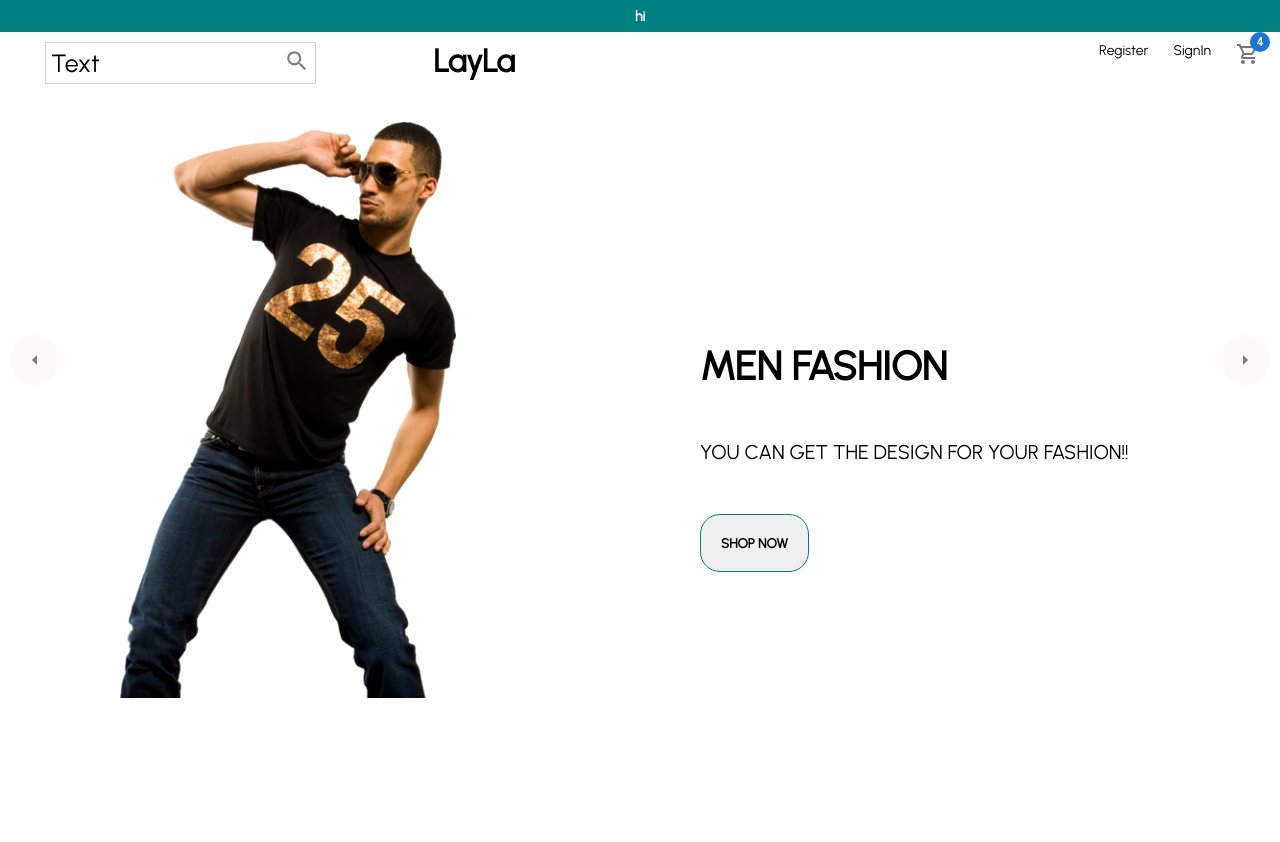
Repository: WaiMaungMaung/React_Ecom
Page: /
The author's editor kept a copy of each file at every save. The page is drawn from the files as they stood at one save, then again after the next save.
The browser window is 1280 px wide. The pictures show the whole page.
The project was rebuilt for these pictures with package versions that can differ from the ones it lists, and the page was loaded fresh each time.

Above is the page before, as saved 2022-05-06 13:47:57.

### public/index.html
<!DOCTYPE html>
<html lang="en">
  <head>
    <meta charset="utf-8" />
    <link rel="icon" href="%PUBLIC_URL%/favicon.ico" />

    <link
      href="https://fonts.googleapis.com/css2?family=Urbanist&display=swap"
      rel="stylesheet"
    />

    <style>
      * {
        margin: 0;
        font-family: "Urbanist", sans-serif;
      }
    </style>
    <title>React App</title>
  </head>
  <body>
    <noscript>You need to enable JavaScript to run this app.</noscript>
    <div id="root"></div>
  </body>
</html>

### src/pages/Home.jsx
import React from "react";
import Announcements from "../components/Announcements";
import NavBar from "../components/NavBar";
import Slider from "../components/Slider";
const Home = () => {
  return (
    <div>
      <Announcements />

      <NavBar />
      <Slider />
    </div>
  );
};

export default Home;

### src/components/Announcements.jsx
import styled from "@emotion/styled";
const Container = styled.div`
  background-color: teal;
  height: 32px;
  display: flex;
  align-items: center;
  justify-content: center;
  color: white;
  font-size: 14px;
  font-weight: bold;
`;

const Announcements = () => {
  return <Container>hi</Container>;
};

export default Announcements;

### src/components/NavBar.jsx
import { Search, ShoppingCartOutlined } from "@material-ui/icons";
import React from "react";
import styled from "styled-components";
import { Badge } from "@mui/material";
const Container = styled.div`
  height: 60px;
`;

const Wrapper = styled.div`
  padding: 10px 20px;
  align-item: center;
  display: flex;
  justify-content: space-between;
`;

const SearchContainer = styled.div`
  border: 0.5px solid lightgray;
  margin-left: 25px;
  display: flex;
  align-item: center;
  padding: 5px;
`;
const Input = styled.input`
  border: none;
  margin-left: 20px;
  font-size: 14px;
`;

const Language = styled.span`
  font-size: 25px;
  cursor: pointer;
`;
const Left = styled.div`
  flex: 1;
  display: flex;
`;

const Center = styled.div`
  flex: 1;
`;

const Logo = styled.h1`
  font-weight: bold;
`;

const MenuItem = styled.div`
  font-size: 14px;
  cursor: pointer;
  align-item: center;
  margin-left: 25px;
`;
const Right = styled.div`
  flex: 1;
  display: flex;
  align-item: center;
  justify-content: flex-end;
`;
const NavBar = () => {
  return (
    <Container>
      <Wrapper>
        <Left>
          <SearchContainer>
            <Language>Text</Language>
            <Input />
            <Search style={{ color: "grey", fontSize: "26px" }} />
          </SearchContainer>
        </Left>
        <Center>
          <Logo>LayLa</Logo>
        </Center>
        <Right>
          <MenuItem>Register</MenuItem>
          <MenuItem>SignIn</MenuItem>

          <MenuItem>
            <Badge badgeContent={4} color="primary">
              <ShoppingCartOutlined color="action" />
            </Badge>
          </MenuItem>
        </Right>
      </Wrapper>
    </Container>
  );
};

export default NavBar;

### src/components/Slider.jsx
import styled from "@emotion/styled";
import { ArrowLeftOutlined, ArrowRightOutlined } from "@material-ui/icons";
import React from "react";
import Clothes from "../img/clothes.png";
const Container = styled.div`
  width: 100%;
  height: 100vh;
  display: flex;
`;
const Arrow = styled.div`
  width: 50px;
  height: 50px;
  background-color: #fff7f7;
  border-radius: 50%;
  display: flex;
  align-items: center;
  justify-content: center;
  position: absolute;
  top: 0;
  bottom: 0;
  margin: auto;
  cursor: pointer;
  opacity: 0.5;
  left: ${(props) => props.direction === "left" && "10px"};
  right: ${(props) => props.direction === "right" && "10px"};
`;
const Slide = styled.div`
  display: flex;
  height: 100vh;
  width: 100vw;
  align-item: center;
`;

const Image = styled.img`
  height: 80%;
`;
const ImgContainer = styled.div`
  height: 100%;
  margin-left: 120px;
  margin-top: 30px;
  flex: 1;
`;
const Wrapper = styled.div`
  height: 100%;
`;
const InfoContainer = styled.div`
  flex: 1;
  padding-top: 250px;
`;

const Title = styled.h1`
  font-size: 40px;
`;
const Desc = styled.p`
  margin: 50px 0;
  font-size: 20px;
  font-weight: 500;
`;
const Button = styled.button`
  padding: 20px;
  border: 1px solid teal;
  font-weight: bolder;
  border-radius: 20px;
`;
const Slider = () => {
  return (
    <Container>
      <Arrow direction="left">
        <ArrowLeftOutlined />
      </Arrow>
      <Wrapper>
        <Slide>
          <ImgContainer>
            <Image src={Clothes} />
          </ImgContainer>
          <InfoContainer>
            <Title>MEN FASHION</Title>
            <Desc>YOU CAN GET THE DESIGN FOR YOUR FASHION!!</Desc>
            <Button>SHOP NOW</Button>
          </InfoContainer>
        </Slide>
      </Wrapper>

      <Arrow direction="right">
        <ArrowRightOutlined />
      </Arrow>
    </Container>
  );
};

export default Slider;

Loaded but not shown: src/index.js (common file); src/App.js (common file)

After the next save:
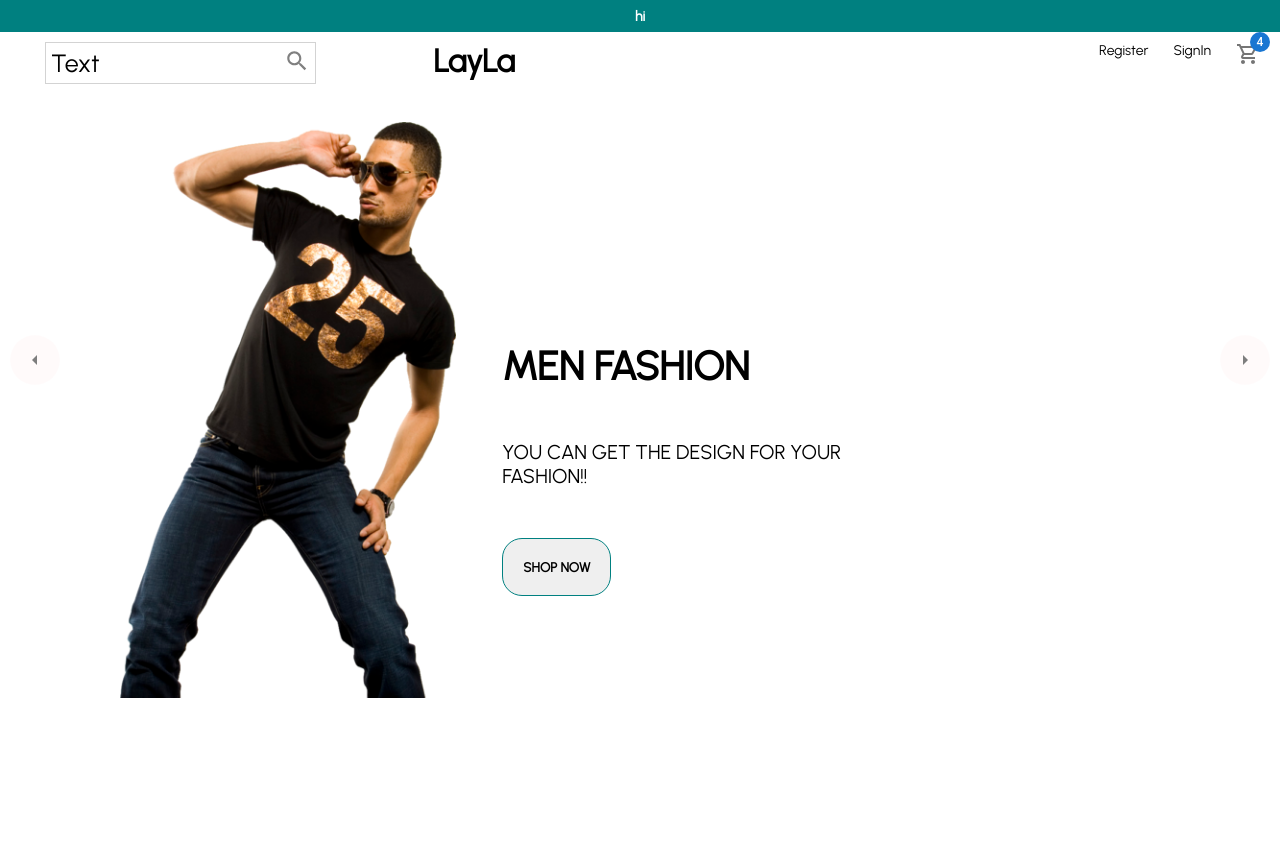
Saved 31 s later.
--- a/src/components/Slider.jsx
+++ b/src/components/Slider.jsx
@@ -27,7 +27,6 @@
 const Slide = styled.div`
   display: flex;
   height: 100vh;
-  width: 100vw;
   align-item: center;
 `;
 

After the save that followed:
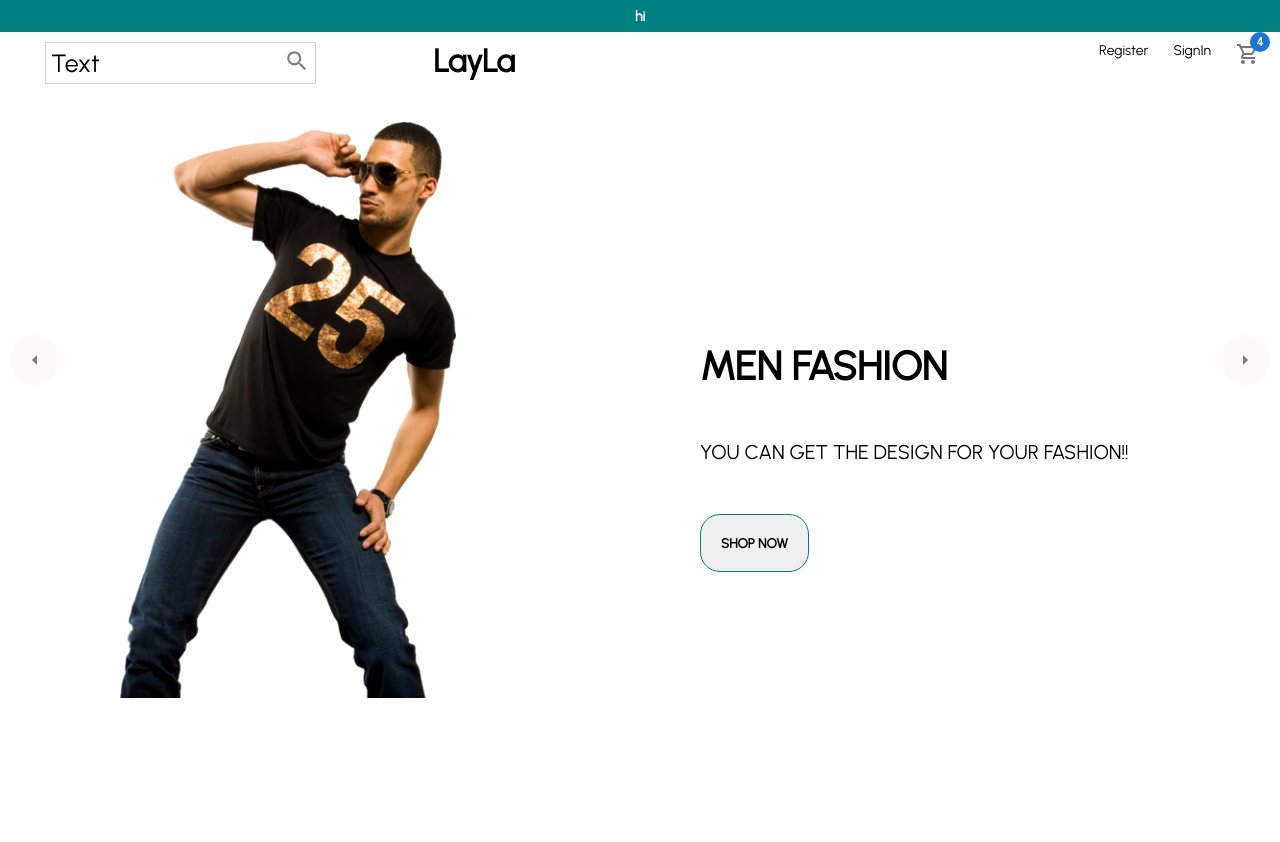
Saved 21 s later.
--- a/src/components/Slider.jsx
+++ b/src/components/Slider.jsx
@@ -27,6 +27,7 @@
 const Slide = styled.div`
   display: flex;
   height: 100vh;
+  width: 100vw;
   align-item: center;
 `;
 
